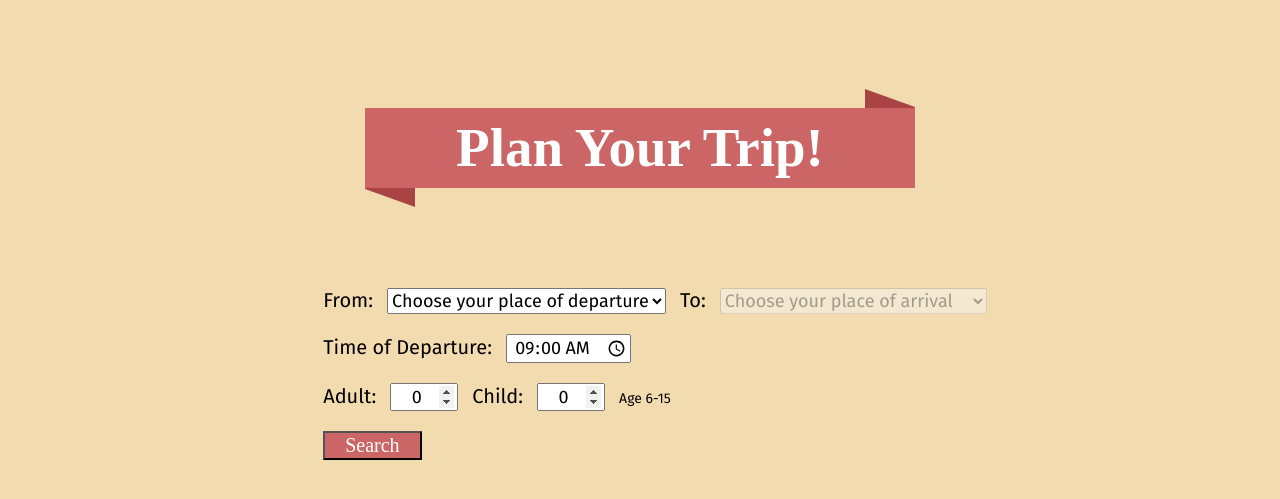
Repository: bbh0607/bae_dNation
Page: public/index.html
These files come from the project's save history. The page is drawn as it stood at one moment and after the next save; the edit follows.
The browser window is 1280 px wide. The pictures show the whole page.
Some web fonts or font styles are not loaded; a fallback is used.

Above is the page before, as saved 2020-02-01 04:00:18.

### public/index.html
<!DOCTYPE html>
<html lang="en">
  <head>
    <meta charset="UTF-8" />
    <link rel="stylesheet" type="text/css" href="./css/style.css" />
    <link rel="stylesheet" href="https://fonts.googleapis.com/css?family=Fira+Sans">
    <script src="js/script.js"></script>
    <title>My Website</title>
  </head>
  <body>
    <h1>Plan Your Trip!</h1>
    <form action="result.html" method="POST">
      <ul>
        <li>
          <label for="from">From:</label>
          <select id="fromSelect" name="from" onchange="removeDuplicate(this)" required>
            <option value="DEFAULT" selected disabled hidden>Choose your place of departure</option>
            <option value="KLIA">KLIA (KL International Airport)</option>
            <option value="KLIA2">KLIA2 (Airport Terminal 2)</option>
            <option value="SENTRAL">KL Sentral</option>
            <option value="OTHER">Other..</option>
          </select>
          <label for="to">To:</label>
          <select id="toSelect" name="to" onchange="removeDuplicate(this)" disabled required>
            <option value="DEFAULT" selected disabled hidden>Choose your place of arrival</option>
            <option value="KLIA">KLIA (KL International Airport)</option>
            <option value="KLIA2">KLIA2 (Airport Terminal 2)</option>
            <option value="SENTRAL">KL Sentral</option>
            <option value="OTHER">Other..</option>
          </select>
        </li>
        <li>
          <label for="deptime">Time of Departure:</label>
          <input type="time" id="deptime" name="deptime" value="09:00" required>
        </li>
        <li>
          <label for="adult">Adult:</label>
          <input type="number" id="adult" name="adult" value="0" min='0' required>
          <label for="child">Child:</label>
          <input type="number" id="child" name="child" value="0" min='0' required>
          <small>Age 6-15</small>
        </li>
        <li>
          <input type="submit" value="Search">
        </li>
      </ul>
    </form a>
  </body>
</html>

### public/css/style.css
/* body {
  background-color: aquamarine;
} */

@import url(https://fonts.googleapis.com/css?family=Patua+One);

body {
  background-color:#F2DBAE;
  align-content: center;
}

h1 {
  background-color:#c66;
  width:550px; height:80px;
  line-height:80px;
  font-size:55px;
  text-align:center;
  position:relative;
  margin:100px auto;
  font-family: 'Patua One', cursive;
  color:#fff;
  }

h1:before, h1:after {
  background-color:#a44;
  width:50px; height:80px;
  content:'';
  display:block;
  transform:skewY(20deg);
  position:absolute;
  z-index:-1;
}

h1:before {top:10px; left:0; }
h1:after {top:-10px; right:0; }

label {
  font-size: 20px;
  font-family: "Fira Sans", sans-serif;
  margin-right: 10px;
}

ul {
  list-style-type: none;
  justify-self: center;
  margin
}

li {
  margin-top: 20px;
}

select {
  font-family: "Fira Sans", sans-serif;
  font-size: 18px;
  margin-right: 10px;
}

input[type="submit"]{
  background-color: #c66;
  color: #fff;
  font-size: 20px;
  font-family: 'Patua One', cursive;
  padding-left: 20px;
  padding-right: 20px
}

input[type="number"]{
  width: 60px;
  text-align: center;
  margin-right: 10px;
  font-family: "Fira Sans", sans-serif;
  font-size: 18px;
}

input[type="time"]{
  width: 120px;
  text-align: center;
  font-family: "Fira Sans", sans-serif;
  font-size: 18px;
}

small {
  font-family: "Fira Sans", sans-serif;
  font-size: 14px;
}

input[type='number']::-webkit-inner-spin-button,
input[type='number']::-webkit-outer-spin-button {
    opacity: 1;
}

input[type='time']::-webkit-inner-spin-button,
input[type='time']::-webkit-outer-spin-button {
    opacity: 1;
}

### public/js/script.js
function removeDuplicate(element) {
    const changedId = element.id;
    const comparisonId = changedId == 'fromSelect'? 'toSelect': 'fromSelect';
    const changed = document.getElementById(changedId);
    const compare = document.getElementById(comparisonId)
    if (
      changed.options[changed.selectedIndex].value ==
      compare.options[compare.selectedIndex].value
    ) compare.value="DEFAULT"
    document.getElementById(comparisonId).disabled = false;
}

After the next save:
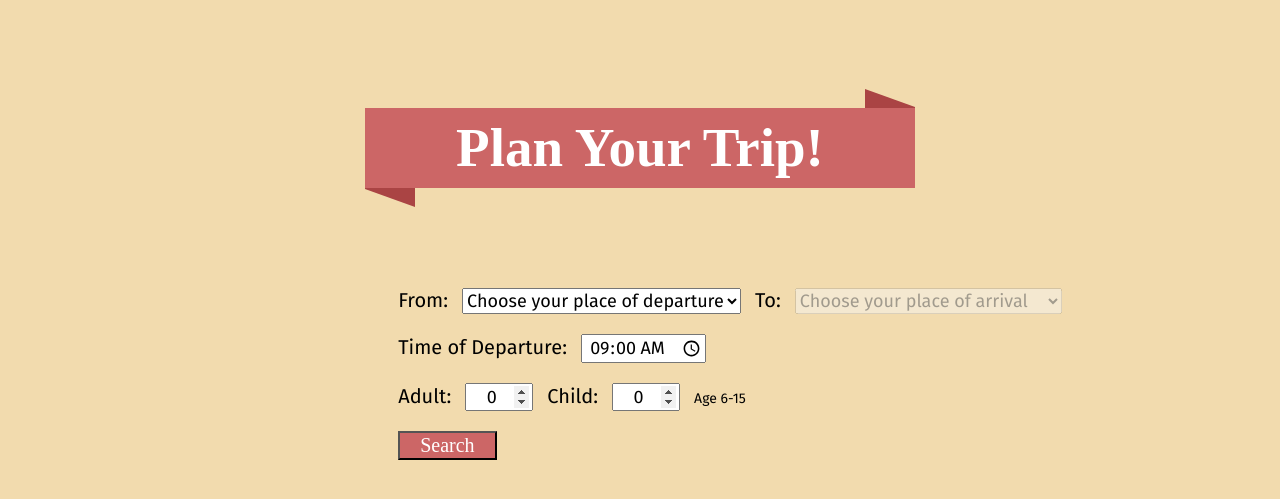
Saved 11 s later.
--- a/public/css/style.css
+++ b/public/css/style.css
@@ -43,7 +43,7 @@ label {
 ul {
   list-style-type: none;
   justify-self: center;
-  margin
+  margin-left: 150px;
 }
 
 li {
